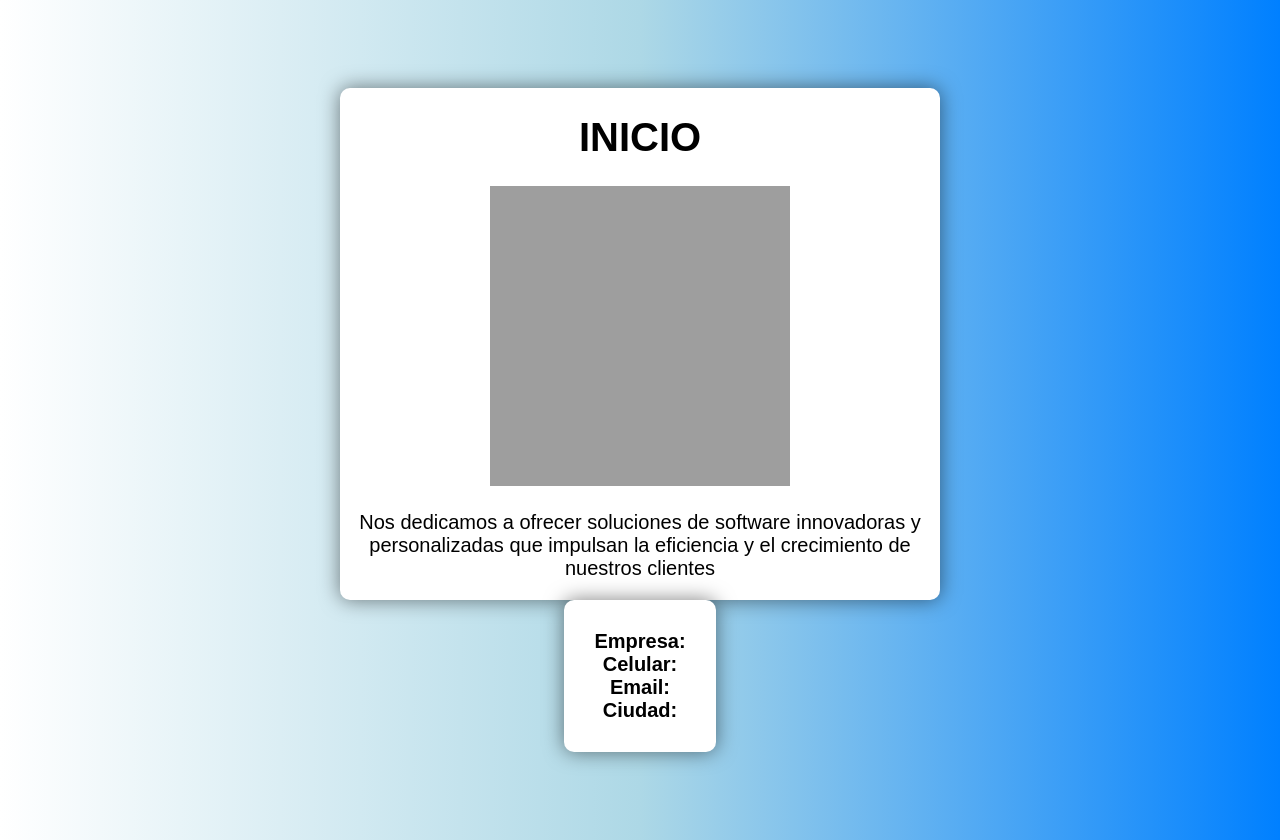
Repository: ANGELEDU141/TAREAWEBEWJASJDASJ
Page: http://localhost/JAVAWEBTAREA/WEB-INF/views/bienvenido.jsp
The author's editor kept a copy of each file at every save. The page is drawn from the files as they stood at one save, then again after the next save.
The browser window is 1280 px wide. The pictures show the whole page.
Pictures or frames that could not be fetched are drawn as grey boxes. The page is served by Tomcat 9. Nobody is signed in. The template is opened directly, without the code that normally fills it, so the values that code supplies are empty.

Above is the page before, as saved 2024-09-01 04:51:19.

After the next save:
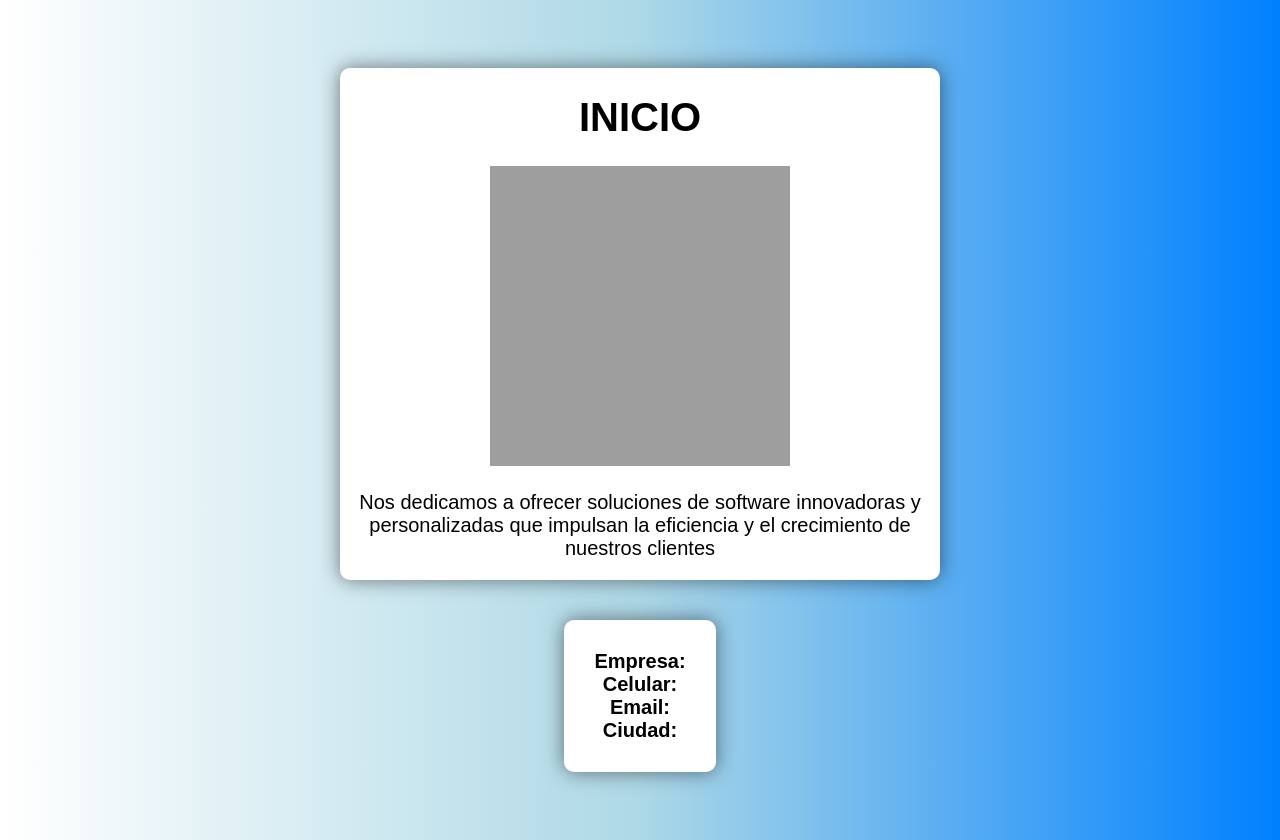
Saved 106 s later.
--- a/JAVAWEBTAREA/src/main/webapp/WEB-INF/views/bienvenido.jsp
+++ b/JAVAWEBTAREA/src/main/webapp/WEB-INF/views/bienvenido.jsp
@@ -32,7 +32,7 @@
     }
        .contac {
 
- 		border-top:60px;
+ 		margin-top: 40px;
         max-width: 600px;
         padding: 30px;
  		border: 20px;
